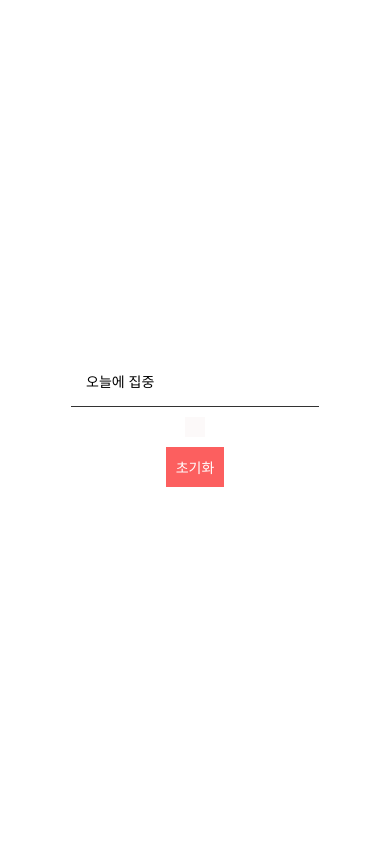
Repository: GoodHoneyCake/toy_project
Page: /
These files come from the project's save history. The page is drawn as it stood at one moment and after the next save; the edit follows.
The browser window is 390 px wide. The pictures show the whole page.
The app was drawn by React Native's web renderer in a window 390 px wide. The project was rebuilt for these pictures with package versions that can differ from the ones it lists, and the page was loaded fresh each time.

Above is the page before, as saved 2021-02-05 14:19:31.

After the next save:
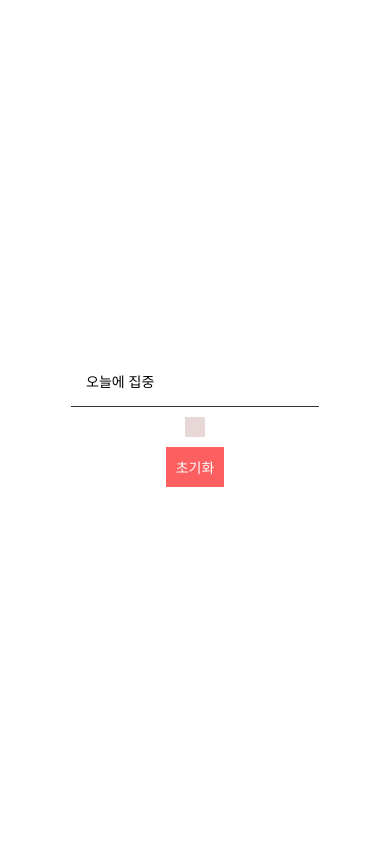
Saved 33 s later.
--- a/App.js
+++ b/App.js
@@ -93,7 +93,7 @@ const styles = StyleSheet.create({
   text: {
     fontSize: 20,
     padding: 10,
-    backgroundColor: "#fcf9f9",
+    backgroundColor: "#e8d7d7",
   },
   input: {
     padding: 15,
